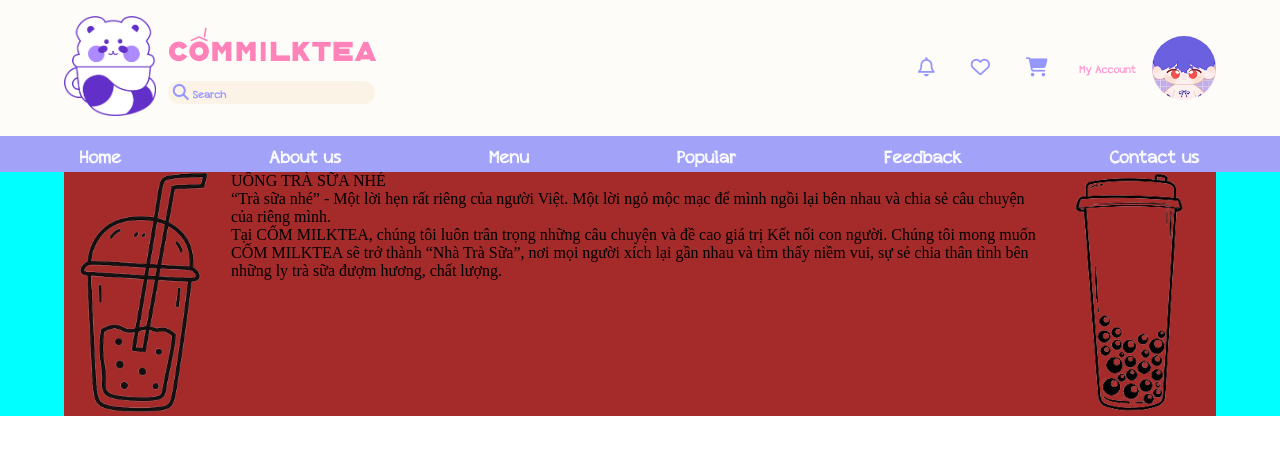
Repository: khangnguyencc/ComMilkTea
Page: HTML/ABOUTUS.html
An editor plug-in stored every save of this project. The page is shown before and after a run of saves, followed by the edit.
The browser window is 1280 px wide. The pictures show the whole page.
Some web libraries are served in a nearby version.

Above is the page before, as saved 2023-11-10 22:15:26.
Console error: ReferenceError: AOS is not defined

After the next 3 saves:
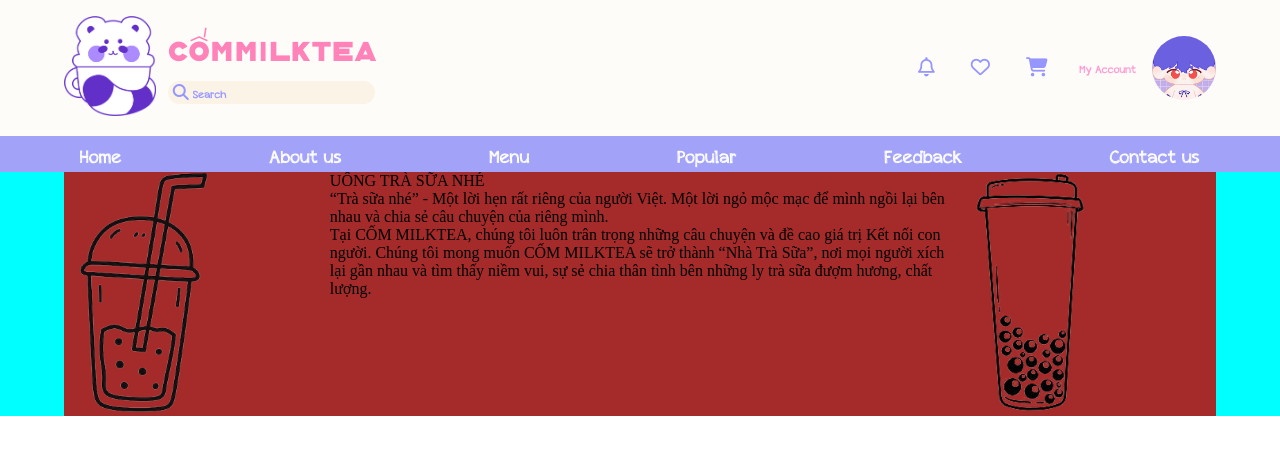
The 3 saves are shown as one change because they came seconds apart.
The last was saved 16 s later.
--- a/CSS/ABOUTUS.css
+++ b/CSS/ABOUTUS.css
@@ -18,7 +18,7 @@
 }
 /* CSS CHO ẢNH  */
 .sec-9 .ar-9 .milktea-drink .milktea-img{
-    width: calc(33.3333%);
+    width: calc(30%);
 }
 .sec-9 .ar-9 .milktea-drink .milktea-img img{
     width: 10rem;
@@ -27,5 +27,5 @@
 }
 /* CSS CHO CHỮ  */
 .sec-9 .ar-9 .milktea-drink .text-milktea{
-    width: ;
+    width: 70%;
 }
